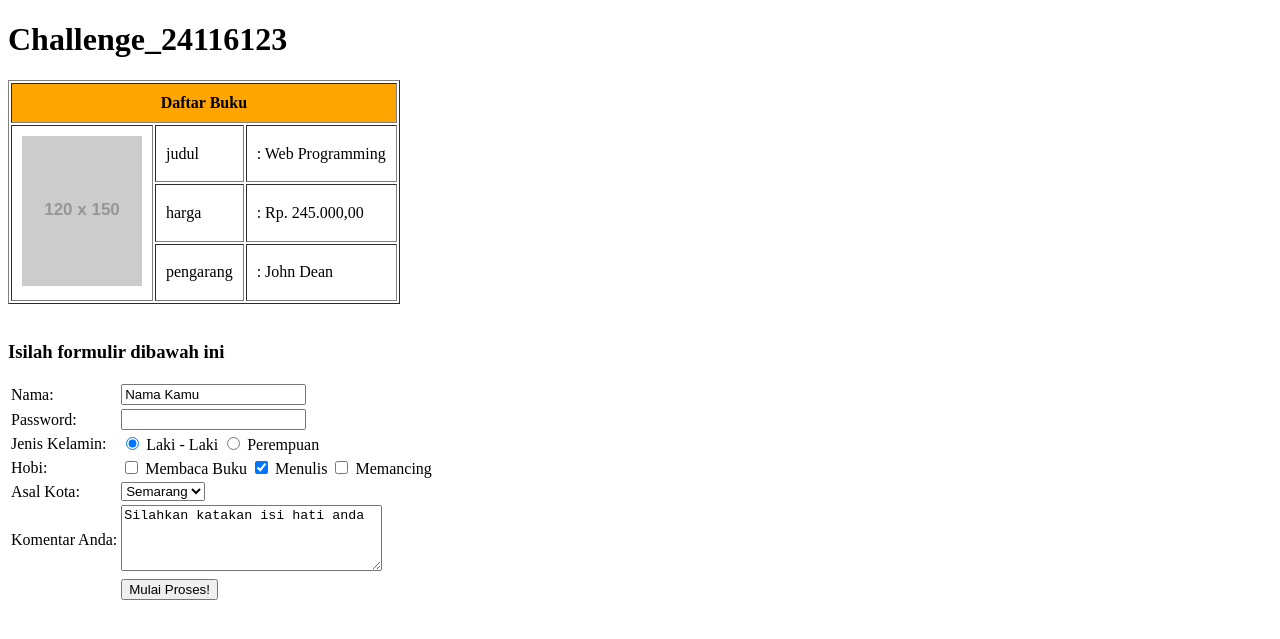
Repository: Deka-al/helloworld
Page: Challange_24116123.html
An editor plug-in stored every save of this project. The page is shown before and after the next save, followed by the edit.
The browser window is 1280 px wide. The pictures show the whole page.

Above is the page before, as saved 2026-04-20 09:36:12.

### Challange_24116123.html
<!DOCTYPE html>
<html>
<head>
    <title>Challenge_24116123 </title>
</head>
<body>

    <!-- Judul -->
    <h1>Challenge_24116123 </h1>

    <!-- Tabel Daftar Buku -->
    <table border="1" cellpadding="10">
        <tr bgcolor="orange">
            <th colspan="3">Daftar Buku</th>
        </tr>
        <tr>
            <td rowspan="3">
                <img src="https://via.placeholder.com/120x150" alt="Buku">
            </td>
            <td>judul</td>
            <td>: Web Programming</td>
        </tr>
        <tr>
            <td>harga</td>
            <td>: Rp. 245.000,00</td>
        </tr>
        <tr>
            <td>pengarang</td>
            <td>: John Dean</td>
        </tr>
    </table>

    <br>

    <!-- Form -->
    <h3>Isilah formulir dibawah ini</h3>

    <table>
        <tr>
            <td>Nama:</td>
            <td><input type="text" value="Nama Kamu"></td>
        </tr>
        <tr>
            <td>Password:</td>
            <td><input type="password"></td>
        </tr>
        <tr>
            <td>Jenis Kelamin:</td>
            <td>
                <input type="radio" name="jk" checked> Laki - Laki
                <input type="radio" name="jk"> Perempuan
            </td>
        </tr>
        <tr>
            <td>Hobi:</td>
            <td>
                <input type="checkbox"> Membaca Buku
                <input type="checkbox" checked> Menulis
                <input type="checkbox"> Memancing
            </td>
        </tr>
        <tr>
            <td>Asal Kota:</td>
            <td>
                <select>
                    <option>Semarang</option>
                    <option>Jakarta</option>
                    <option>Bandung</option>
                </select>
            </td>
        </tr>
        <tr>
            <td>Komentar Anda:</td>
            <td>
                <textarea rows="4" cols="30">Silahkan katakan isi hati anda</textarea>
            </td>
        </tr>
        <tr>
            <td></td>
            <td>
                <button>Mulai Proses!</button>
            </td>
        </tr>
    </table>

</body>
</html>

After the next save:
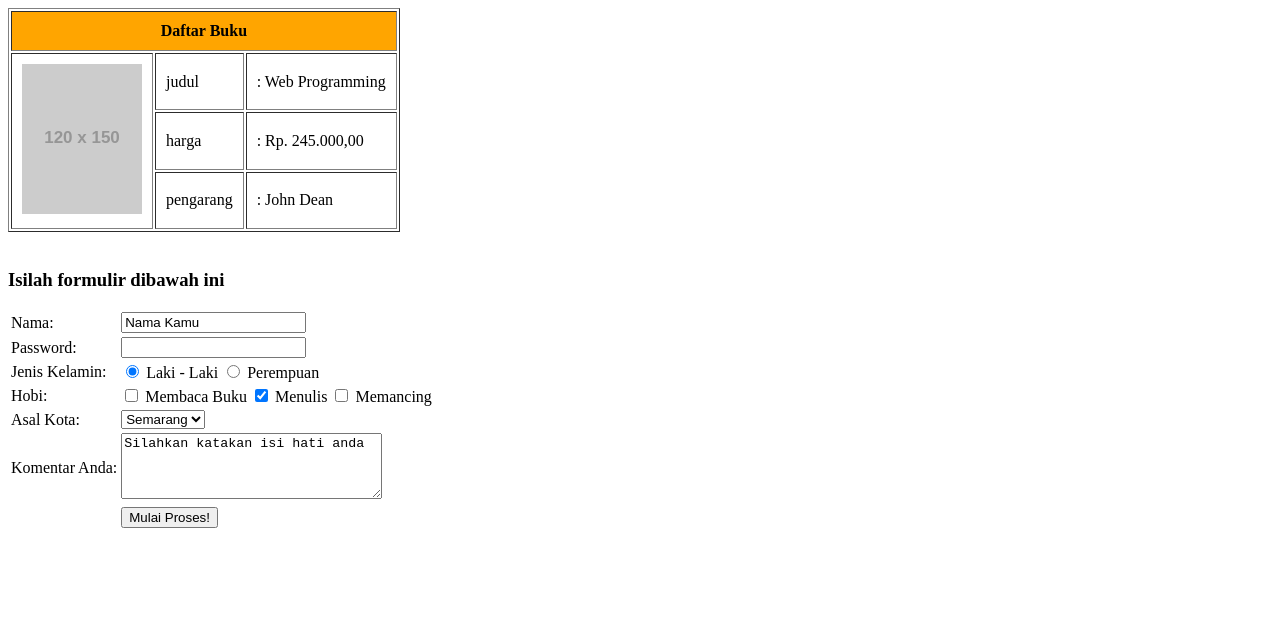
Saved 8 s later.
--- a/Challange_24116123.html
+++ b/Challange_24116123.html
@@ -5,7 +5,7 @@
 </head>
 <body>
 
-    <!-- Judul -->
+    <!-- Judul -
     <h1>Challenge_24116123 </h1>
 
     <!-- Tabel Daftar Buku -->

After the save that followed:
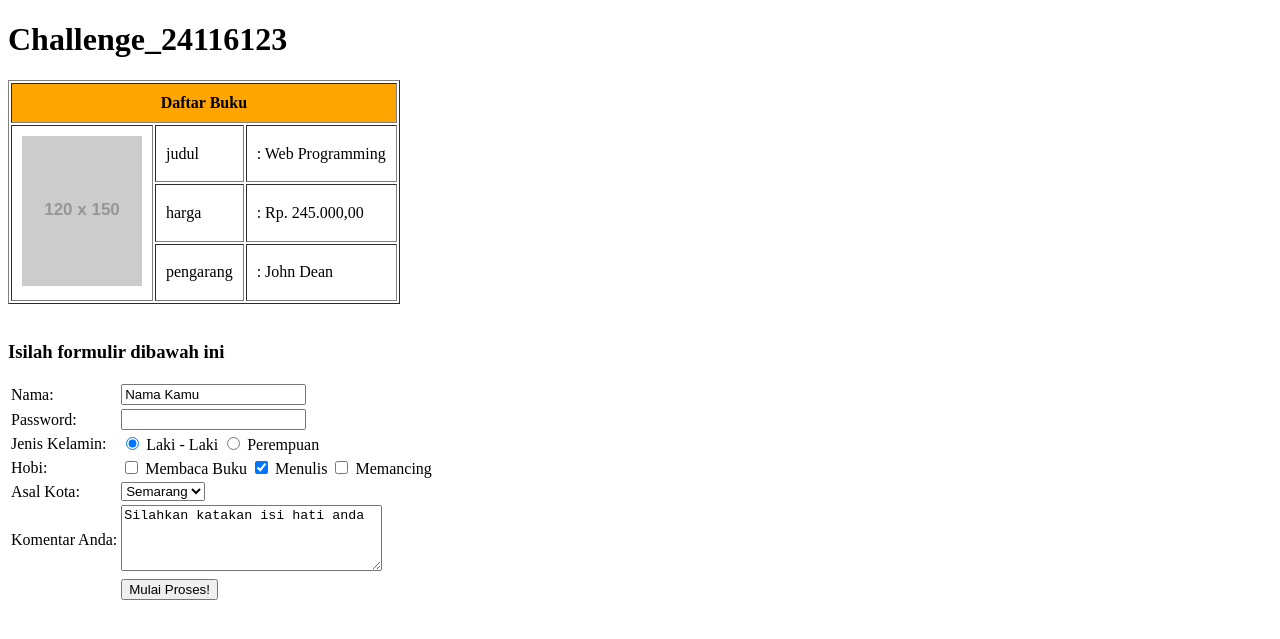
Saved 6 s later.
--- a/Challange_24116123.html
+++ b/Challange_24116123.html
@@ -4,8 +4,6 @@
     <title>Challenge_24116123 </title>
 </head>
 <body>
-
-    <!-- Judul -
     <h1>Challenge_24116123 </h1>
 
     <!-- Tabel Daftar Buku -->
